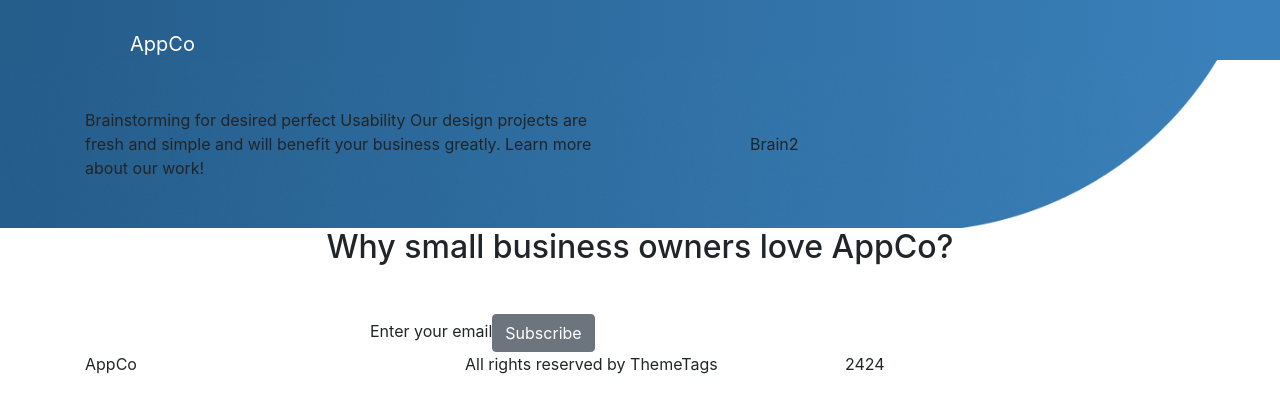
Repository: andbilous/user-statistics-app
Page: /
An editor plug-in stored every save of this project. The page is shown before and after the next save, followed by the edit.
The browser window is 1280 px wide. The pictures show the whole page.
The project was rebuilt for these pictures with package versions that can differ from the ones it lists, and the page was loaded fresh each time. Also part of the build but not shown: src/components/reasons/reasons.scss, src/components/footer/footer.scss.

Above is the page before, as saved 2020-06-19 14:56:08.

After the next save:
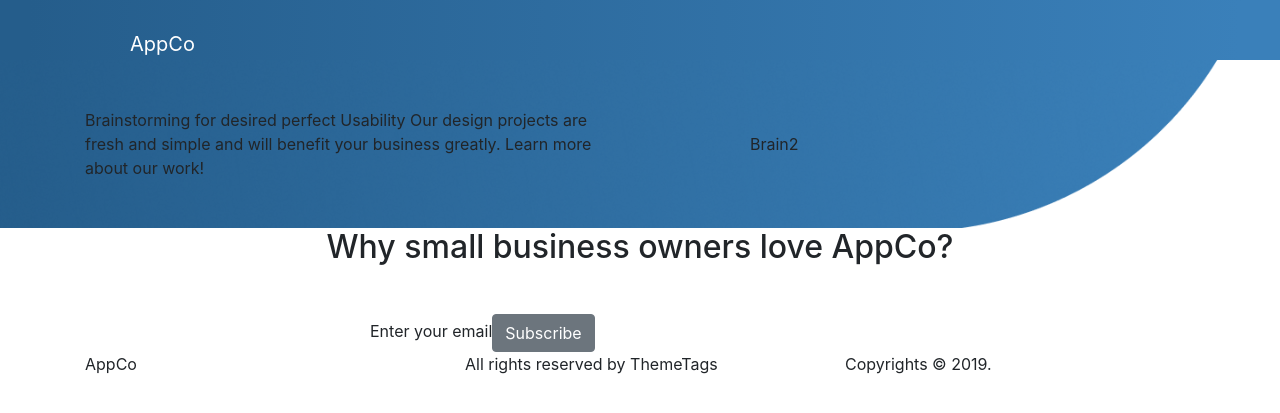
Saved 10 s later.
--- a/src/components/footer/index.js
+++ b/src/components/footer/index.js
@@ -23,7 +23,7 @@ const Footer = () => {
             All rights reserved by ThemeTags
               </Col>
               <Col className='col-md' lg='4'>
-              2424
+              Copyrights © 2019.
               </Col>
           </Row>
         </Container>
